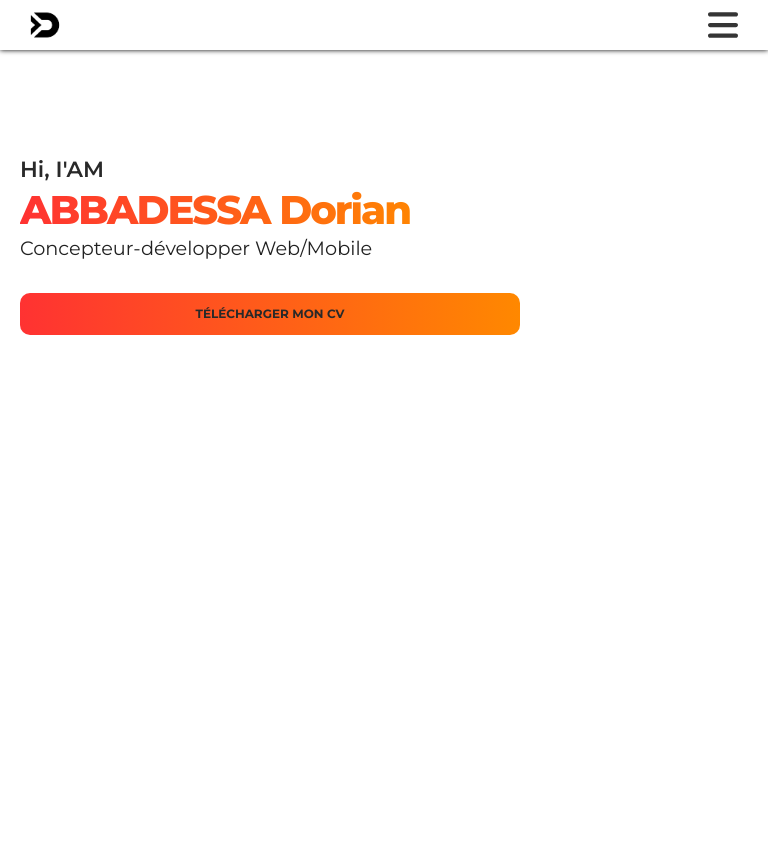
Repository: DorianABDS/Portfolio-ABBADESSA-Dorian
Page: index.html
These files come from the project's save history. The page is drawn as it stood at one moment and after the next save; the edit follows.
The browser window is 768 px wide. The pictures show the whole page.

Above is the page before, as saved 2024-11-27 00:03:24.

After the next save:
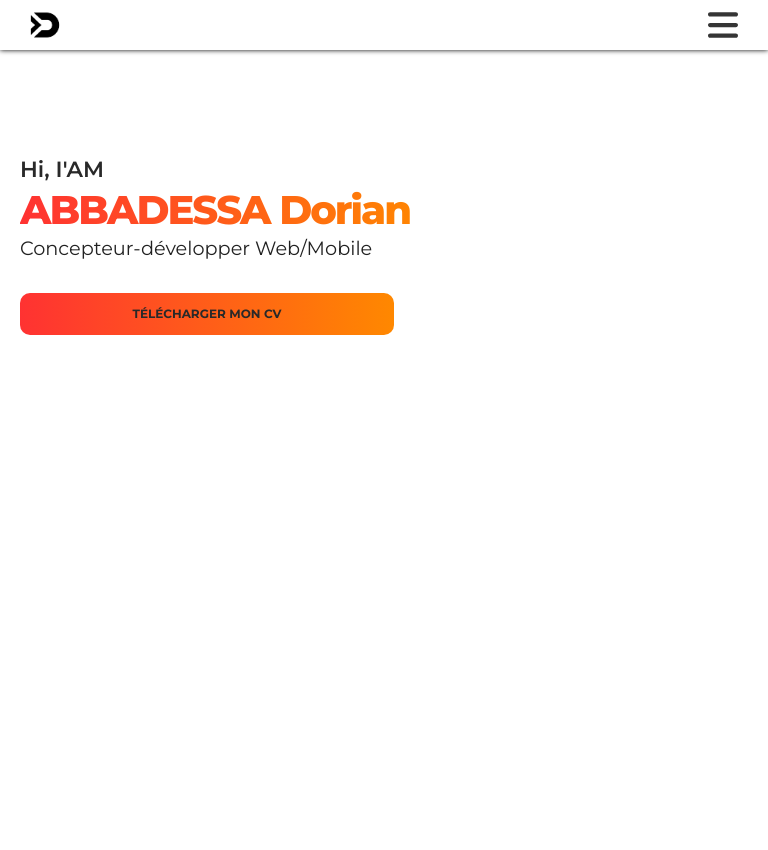
Saved 25 s later.
--- a/style.css
+++ b/style.css
@@ -188,7 +188,7 @@ html, body {
     .contrainer-accueil a {
         display: flex;
         justify-content: center;
-        width: 500px;
+        width: 50%;
         margin-top: 30px;
         font-size: 12px;
         padding: 10px 30px;
